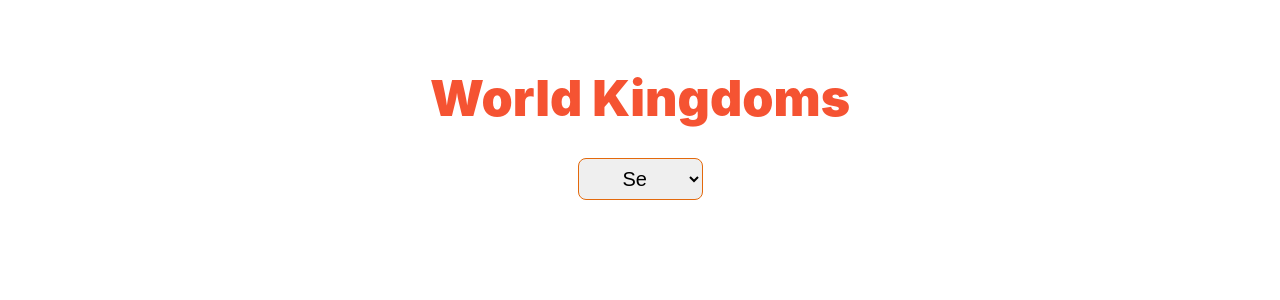
Repository: GloGlorGloria/COMP3170-lab7
Page: /
An editor plug-in stored every save of this project. The page is shown before and after the next save, followed by the edit.
The browser window is 1280 px wide. The pictures show the whole page.
The page's requests for data from a server got no answer. The project was rebuilt for these pictures with package versions that can differ from the ones it lists, and the page was loaded fresh each time. No one was signed in, and anything a server would have sent is missing. Also part of the build but not shown: vite.config.js, src/components/Details.jsx.

Above is the page before, as saved 2024-11-24 02:23:01.

After the next save:
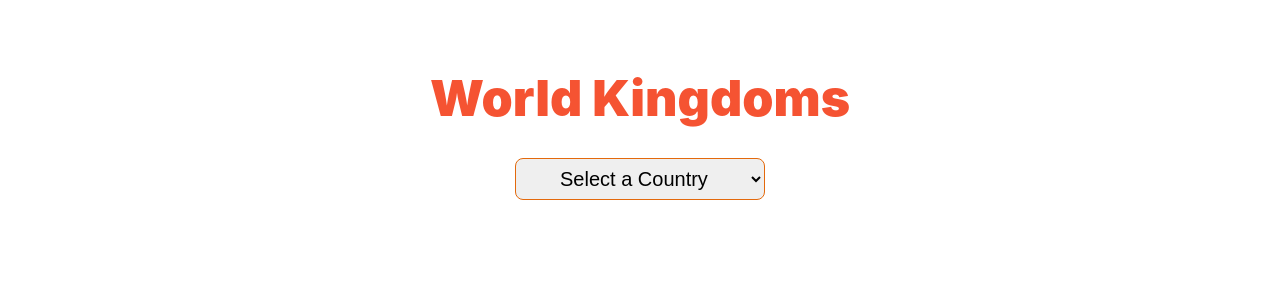
Saved 4 s later.
--- a/src/index.css
+++ b/src/index.css
@@ -46,7 +46,7 @@ h1:hover{
   border: 1px solid #e3690c;
   padding: 0.4em 2em;
   font-size: 20px;
-  width: 50%;
+  width: 100px'
   cursor: pointer;
 }
 .dropdown:hover {
